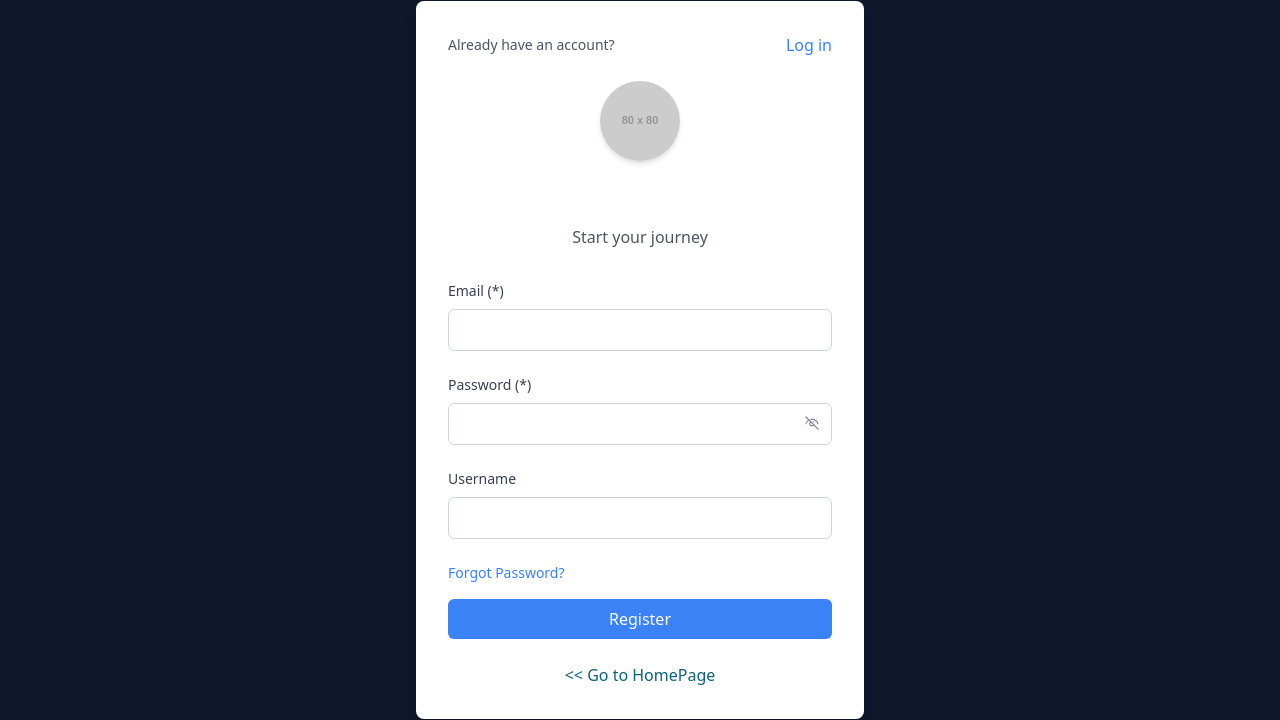
Repository: DatVX02/SWD392--ChienNV33
Page: /register (app in FE/ticket-reused/)
These files come from the project's save history. The page is drawn as it stood at one moment and after the next save; the edit follows.
The browser window is 1280 px wide. The pictures show the whole page.
The project was rebuilt for these pictures with package versions that can differ from the ones it lists, and the page was loaded fresh each time. Also part of the build but not shown: FE/ticket-reused/vite.config.js, FE/ticket-reused/src/components/banner/Banner.jsx, FE/ticket-reused/src/components/layout/Header.jsx, FE/ticket-reused/src/components/button/Button.jsx, FE/ticket-reused/src/components/loading/LoadingSkeleton.jsx, FE/ticket-reused/src/components/ticket/TicketCard.jsx, FE/ticket-reused/src/components/ticket/TicketList.jsx, FE/ticket-reused/src/App.jsx and 2 more.

Above is the page before, as saved 2024-10-09 20:58:19.

### FE/ticket-reused/src/main.jsx
// main.jsx
import React from "react";
import { createRoot } from "react-dom/client";
import "./index.css";
import { BrowserRouter } from "react-router-dom";
import Layout from "./Layout";

createRoot(document.getElementById("root")).render(
  <React.StrictMode>
    <BrowserRouter>
      <Layout />
    </BrowserRouter>
  </React.StrictMode>
);

### FE/ticket-reused/src/index.css
@tailwind base;
@tailwind components;
@tailwind utilities;

@layer base {
  body {
    @apply px-5 text-white bg-slate-900;
  }

  .font-body {
    font-family: 'YourCustomFont', sans-serif;
  }
}

@layer components {
  .page-container {
    max-width: 1280px;
    @apply mx-auto;
  }

  .movie-list .swiper-slide {
    width: 300px;
    height: auto;
  }
  .banner .swiper {
    height: 100%;
  }
}
/* .pagination{
  display: flex;
  align-items: center;
  justify-content: center;
  gap: 20px;
  .selected {
    @apply text-primary;
  }
  .skeleton {
    background-color: #eee;
    background-image: linear-gradient(
      110deg,
      #ececec 8%,
      #f5f5f5 18%,
      #ececec 35%
    );
    background-size: 200% 100%;
    animation: 1.5s shine linear infinite;
  }

} */

### FE/ticket-reused/src/Layout.jsx
import { Route, Routes } from "react-router-dom";
import App from "./App";
import HomePage from "./components/page/HomePage";
import Login from "./components/Auther/Login";
import Register from "./components/Auther/Register";

const Layout = () => {
  const NotFound = () => {
    return (
      <div className="container px-4 py-3 mx-auto my-4 mt-3 text-red-700 bg-red-100 border border-red-400 rounded">
        404. Not found data with current URL
      </div>
    );
  };
  return (
    <>
      <Routes>
        <Route path="/" element={<App />}>
          <Route index element={HomePage}></Route>
        </Route>

        <Route path="/login" element={<Login />} />
        <Route path="/register" element={<Register />} />
        <Route path="*" element={<NotFound />} />
      </Routes>
    </>
  );
};

export default Layout;

### FE/ticket-reused/src/components/Auther/Register.jsx
import { useState } from "react";
import { useNavigate } from "react-router-dom";
import { VscEye, VscEyeClosed } from "react-icons/vsc";

const Register = () => {
  const [email, setEmail] = useState("");
  const [password, setPassword] = useState("");
  const [username, setUsername] = useState("");
  const [errorMessage, setErrorMessage] = useState(""); // New state for error messages
  const navigate = useNavigate();

  const [isShowPassword, setIsShowPassword] = useState(false);

  const validateEmail = (email) => {
    return String(email)
      .toLowerCase()
      .match(
        /^(([^<>()[\]\\.,;:\s@"]+(\.[^<>()[\]\\.,;:\s@"]+)*)|.(".+"))@((\[[0-9]{1,3}\.[0-9]{1,3}\.[0-9]{1,3}\.[0-9]{1,3}\])|(([a-zA-Z\-0-9]+\.)+[a-zA-Z]{2,}))$/
      );
  };

  const handleRegister = async () => {
    // Reset error message
    setErrorMessage("");

    // Validate email
    const isValidEmail = validateEmail(email);
    if (!isValidEmail) {
      setErrorMessage("Invalid email format");
      return;
    }

    if (!password) {
      setErrorMessage("Password is required");
      return;
    }

    // Handle successful registration (replace with your API logic)
    setErrorMessage(""); // Clear error if successful

    // Example: Redirect to login page
    navigate("/login");
  };

  return (
    <div className="flex flex-col items-center justify-center min-h-screen">
      <div className="w-full max-w-md p-8 bg-white rounded-lg shadow-lg">
        {/* Header */}
        <div className="flex items-center justify-between mb-6">
          <span
            className="text-sm text-gray-600"
            onClick={() => navigate("/login")}
          >
            Already have an account?
          </span>
          <button
            onClick={() => navigate("/login")}
            className="font-medium text-blue-500 hover:underline"
          >
            Log in
          </button>
        </div>

        {/* Avatar */}
        <div className="flex justify-center mb-4">
          <img
            src="https://via.placeholder.com/80"
            alt="User Avatar"
            className="w-20 h-20 rounded-full shadow-md"
          />
        </div>

        {/* Title */}
        <h1 className="mb-4 text-2xl font-semibold text-center">Wordaholic</h1>
        <p className="mb-8 text-center text-gray-600">Start your journey</p>

        {/* Error Message */}
        {errorMessage && (
          <div className="mb-4 text-center text-red-500">{errorMessage}</div>
        )}

        {/* Content Form */}
        <div className="space-y-6">
          {/* Email Field */}
          <div className="flex flex-col">
            <label className="mb-2 text-sm font-medium text-gray-700">
              Email (*)
            </label>
            <input
              type="email"
              className="p-2 border border-gray-300 rounded-md focus:ring-blue-500 focus:border-blue-500"
              value={email}
              onChange={(e) => setEmail(e.target.value)}
            />
          </div>

          {/* Password Field */}
          <div className="relative flex flex-col">
            <label className="mb-2 text-sm font-medium text-gray-700">
              Password (*)
            </label>
            <input
              type={isShowPassword ? "text" : "password"}
              className="p-2 border border-gray-300 rounded-md focus:ring-blue-500 focus:border-blue-500"
              value={password}
              onChange={(e) => setPassword(e.target.value)}
            />
            <span
              className="absolute text-gray-500 cursor-pointer right-3 top-10"
              onClick={() => setIsShowPassword(!isShowPassword)}
            >
              {isShowPassword ? <VscEye /> : <VscEyeClosed />}
            </span>
          </div>

          {/* Username Field */}
          <div className="flex flex-col">
            <label className="mb-2 text-sm font-medium text-gray-700">
              Username
            </label>
            <input
              type="text"
              className="p-2 border border-gray-300 rounded-md focus:ring-blue-500 focus:border-blue-500"
              value={username}
              onChange={(e) => setUsername(e.target.value)}
            />
          </div>

          {/* Forgot Password */}
          <div className="flex flex-col space-y-4">
            <span
              className="text-sm text-blue-500 cursor-pointer hover:underline"
              onClick={() => navigate("/forgot-password")}
            >
              Forgot Password?
            </span>

            {/* Submit Button */}
            <button
              className="px-4 py-2 text-white transition duration-300 bg-blue-500 rounded-md hover:bg-blue-600"
              onClick={handleRegister}
            >
              Register
            </button>
          </div>

          {/* Back to Home */}
          <div className="mt-4 text-center">
            <span
              className="cursor-pointer text-secondary hover:underline"
              onClick={() => navigate("/")}
            >
              &#60;&#60; Go to HomePage
            </span>
          </div>
        </div>
      </div>
    </div>
  );
};

export default Register;

### FE/ticket-reused/tailwind.config.js
/** @type {import('tailwindcss').Config} */
export default {
  content: [
    "./src/**/*.{js,jsx,ts,tsx}", // Điều chỉnh theo đường dẫn tệp dự án của bạn
  ],
  theme: {
    extend: {
      fontFamily: {
        body: ["YourCustomFont", "sans-serif"],
      },
      colors: {
        primary: "#2DC275",
        secondary: "#0B6477",
      },
    },
  },
  plugins: [],
};

Loaded but not shown: FE/ticket-reused/index.html (common file)

After the next save:
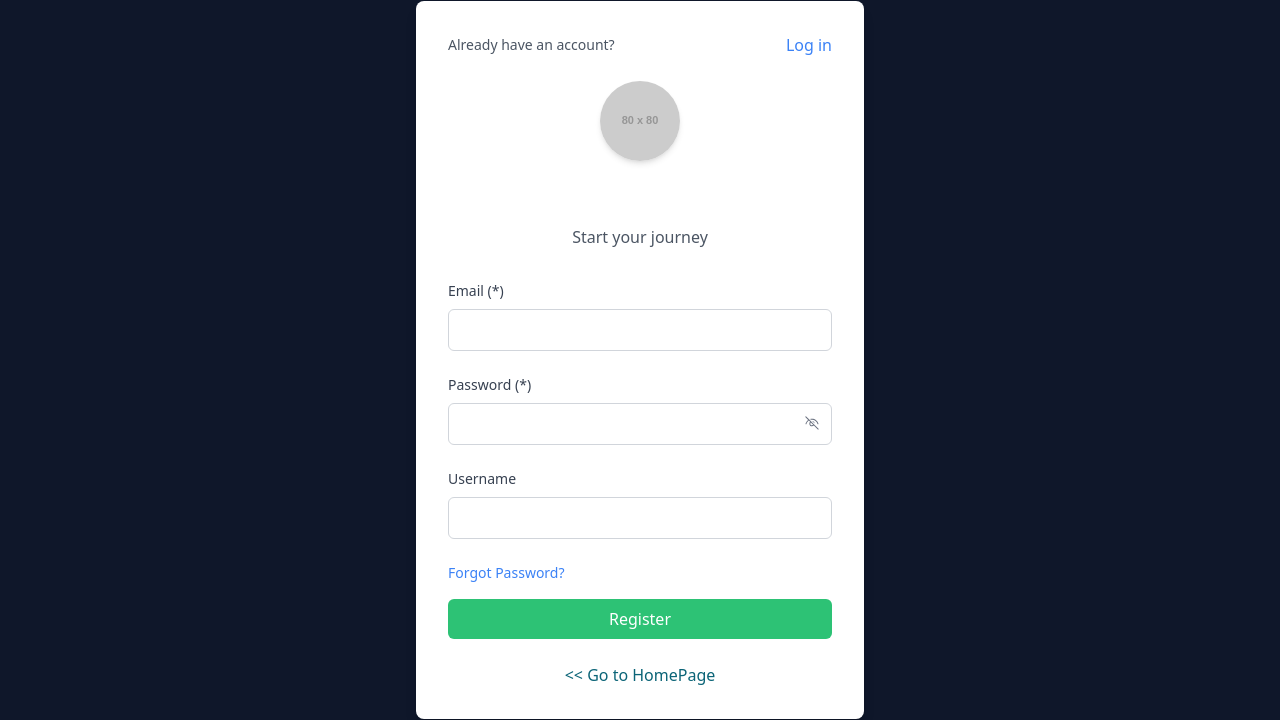
Saved 16 s later.
--- a/FE/ticket-reused/src/components/Auther/Register.jsx
+++ b/FE/ticket-reused/src/components/Auther/Register.jsx
@@ -137,7 +137,7 @@
 
             {/* Submit Button */}
             <button
-              className="px-4 py-2 text-white transition duration-300 bg-blue-500 rounded-md hover:bg-blue-600"
+              className="px-4 py-2 text-white transition duration-300 rounded-md bg-primary hover:bg-blue-600"
               onClick={handleRegister}
             >
               Register
